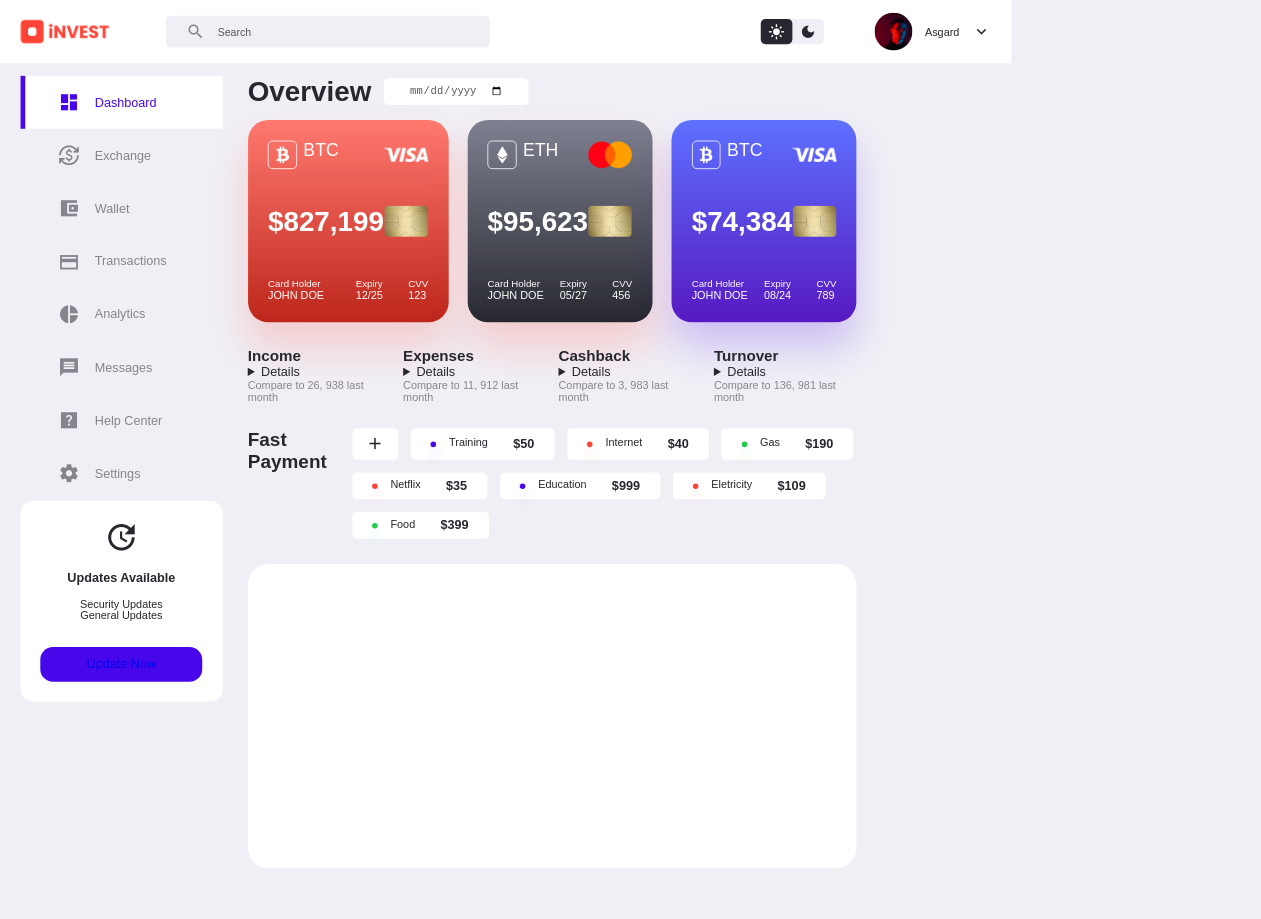
Repository: eziocdl/Admin_Dash
Page: index.html
The author's editor kept a copy of each file at every save. The page is drawn from the files as they stood at one save, then again after the next save.
The browser window is 1280 px wide. The page is 1596 px wide, so the pictures cover 1596 px, including what lies to the right of the window. The pictures show the whole page, at 79% of full size.
Some web libraries are served in a nearby version.

Above is the page before, as saved 2023-06-14 14:45:24.

After the next save:
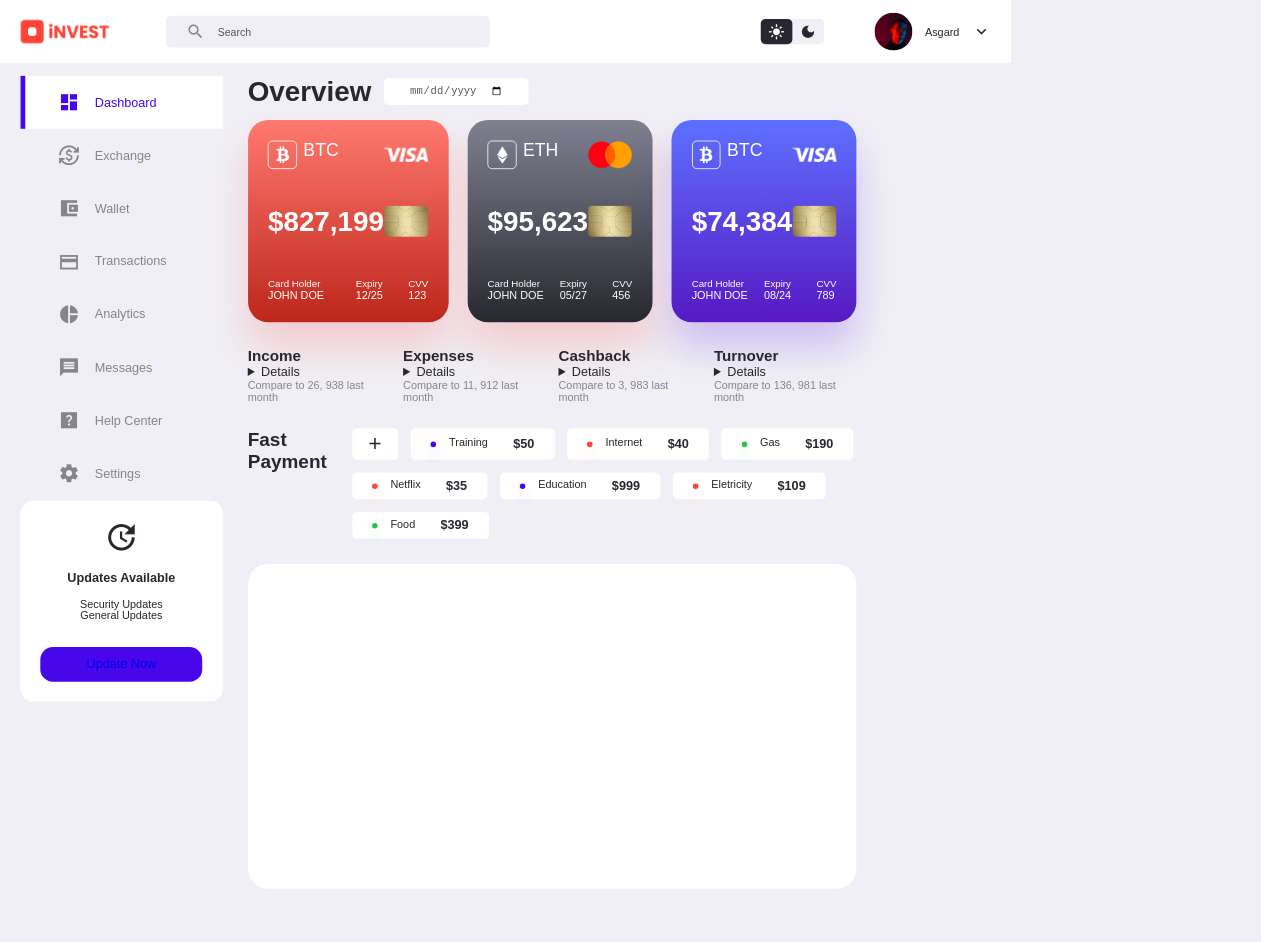
Console error: TypeError: chart is not a constructor
Saved 2 min 51 s later.
--- a/main.js
+++ b/main.js
@@ -1,7 +1,7 @@
 const chart = document.querySelector("#chart").getContext('2d');
 
 // create a new chart instance
-new Chart(chart, {
+new chart(chart, {
     type: 'line',
     data: {
         labels: [ 'jan', 'Feb', 'Mar', 'Apr', 'May', 'Jun',
